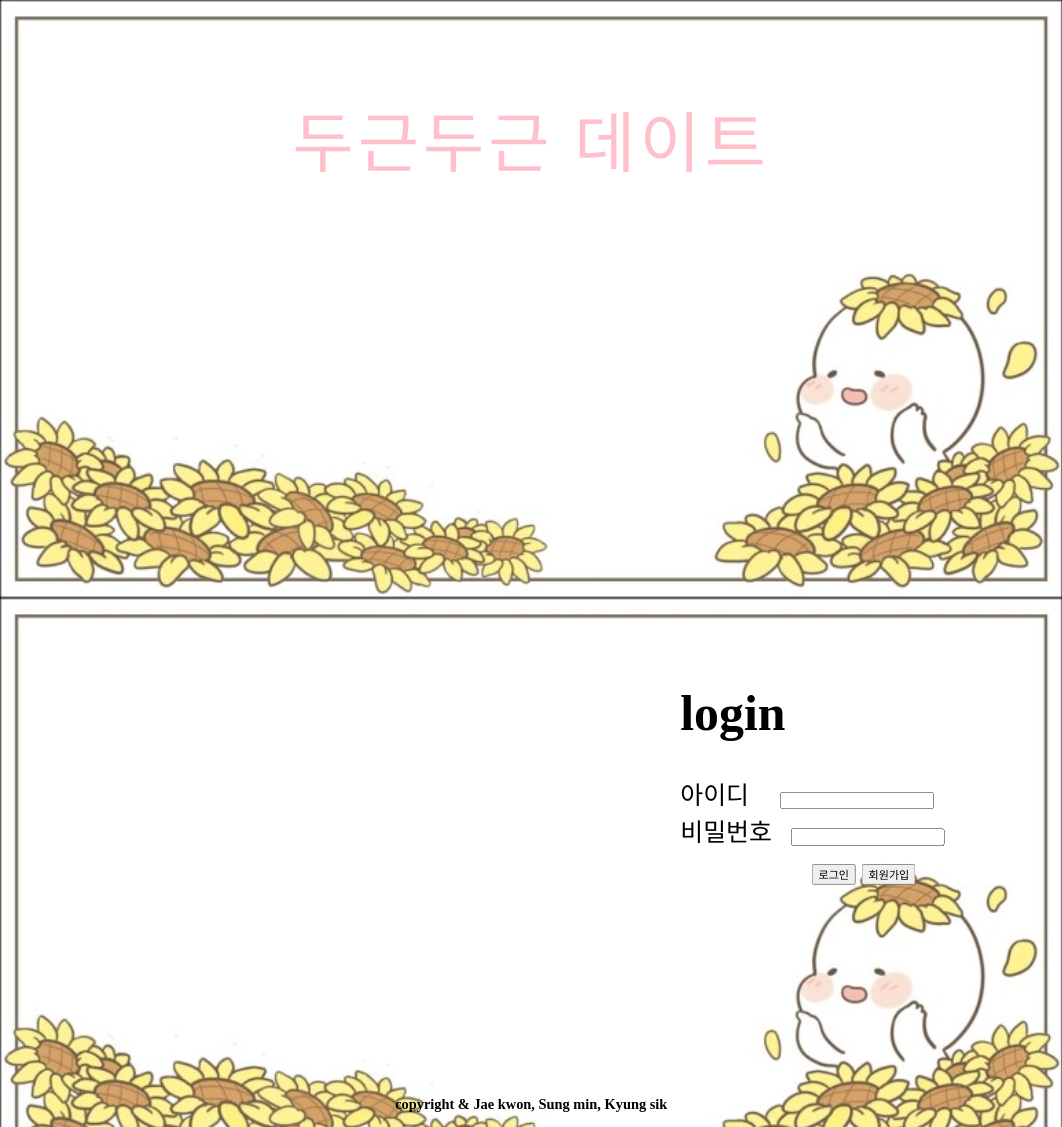
Repository: pinokio531/date_application
Page: http://localhost/doogeunDate/indexPage.jsp
An editor plug-in stored every save of this project. The page is shown before and after a run of saves, followed by the edit.
The browser window is 1280 px wide. The pictures show the whole page, at 83% of full size.
Some web fonts or font styles are not loaded; a fallback is used. The page is served by Tomcat 9.

Above is the page before, as saved 2019-06-04 09:50:03.

### doogeunDate/WebContent/indexPage.jsp
<%@ page language="java" contentType="text/html; charset=UTF-8"
    pageEncoding="UTF-8"%>
<%@ page errorPage = "error/errorpage.jsp" %>
<html lang="en">

<head>
	<link href="https://fonts.googleapis.com/css?family=Nanum+Brush+Script&display=swap" rel="stylesheet">
	<meta charset="EUC-KR">
	<meta http-equiv="X-UA-Compatible" content="ie=edge">
	<title>Document</title>
	<link rel="stylesheet" type="text/css" href="style/index.css" />
</head>

<body>
	<div id="header">
		<p>두근두근 데이트</p>
	</div>
	<form action="f_login.jsp" method="post">
		<div class="container">
			<div class="blank">&nbsp;</div>
			<div class="login">
				<h1>login</h1>
				아이디 &nbsp;&nbsp;&nbsp; <input name="id"><br>
				비밀번호 &nbsp;&nbsp;<input name="passwd"><br>

				<div class="button">
					<input type="submit" value="로그인">
					<input type="button" value="회원가입" onclick="location.href='joinPage.jsp'"><br>
				</div>
			</div>
		</div>
	</form>
	<div class="footer">
		<p>copyright & Jae kwon, Sung min, Kyung sik</p>
	</div>
</body>

</html>

### doogeunDate/WebContent/style/index.css
body{
    background-image:url(../asset/ompang.jpg);
    background-size: 100%;
}

#header{
    text-align: center;
    padding: 20px;
    font-family: 'Nanum Brush Script', cursive;
    font-size: 60pt;
    letter-spacing: 5px;
    color: pink;
}

.container{
    height: 80%;
    margin: 0 auto;
}

.blank{
    float: left;
    width: 65%;
    height: 80%;
}

.footer{
    padding-top: 400px;
    text-align: center;
    font-size: 13pt;
}

.login{
    float: right;
    margin:10px;
    width: 35%;
    height: 80%;
    font-family: 'Nanum Brush Script', cursive;
    font-size: 30px;
}

.button{
    margin: 10px;
    text-align:center;
}

.footer p {
    font-weight: bold;
}

After the next 2 saves:
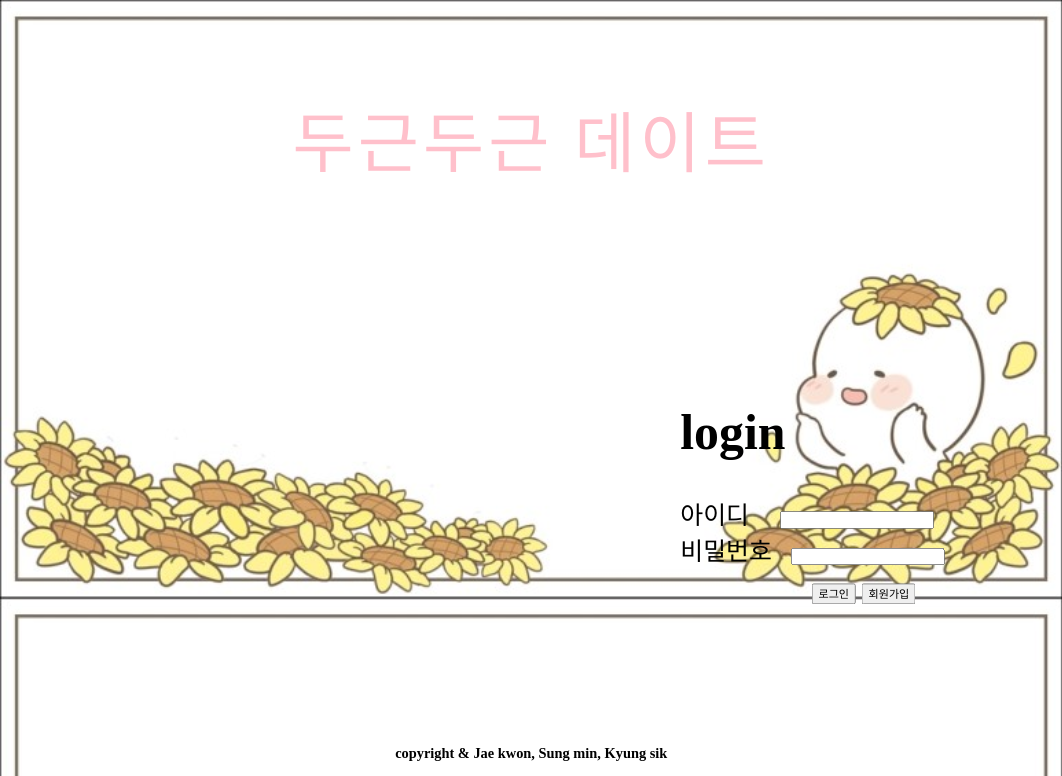
The 2 saves are shown as one change because they came seconds apart.
The last was saved 2 min 23 s later.
--- a/doogeunDate/WebContent/style/index.css
+++ b/doogeunDate/WebContent/style/index.css
@@ -13,7 +13,7 @@ body{
 }
 
 .container{
-    height: 80%;
+    height: 20%;
     margin: 0 auto;
 }
 
